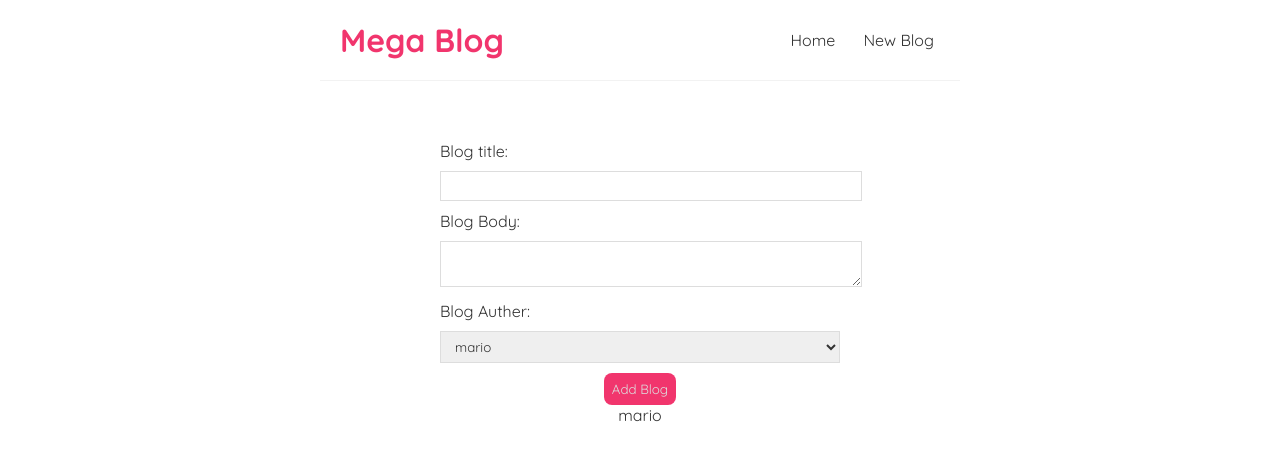
Repository: Amr-Hendawy/blog
Page: /create
An editor plug-in stored every save of this project. The page is shown before and after a run of saves, followed by the edit.
The browser window is 1280 px wide. The pictures show the whole page.
The project was rebuilt for these pictures with package versions that can differ from the ones it lists, and the page was loaded fresh each time. A package was used in the major version that the imports need, not the one package.json lists. Also part of the build but not shown: src/Components/BlogList/BlogList.js, src/Components/Home/Home.css, src/Components/useFetch/useFetch.js, src/Components/Home/Home.js, src/Components/BlogDetails/BlogDetails.js.

Above is the page before, as saved 2022-11-10 16:05:06.

### src/index.css
@import url("https://fonts.googleapis.com/css2?family=Quicksand:wght@300;400;500;600;700&display=swap");
/* base styles */
* {
  margin: 0;
  font-family: "Quicksand";
  color: #333;
}
.navbar {
  padding: 20px;
  display: flex;
  align-items: center;
  max-width: 600px;
  margin: 0 auto;
  border-bottom: 1px solid #f2f2f2;
}
.navbar h1 {
  color: #f1356d;
}
.navbar .links {
  margin-left: auto;
}
.navbar a {
  margin-left: 16px;
  text-decoration: none;
  padding: 6px;
}
.navbar a:hover {
  color: #f1356d;
}
.content {
  max-width: 600px;
  margin: 40px auto;
  padding: 20px;
}
/*blog previews / list*/

.blog-preview {
  padding: 10px 16px;
  margin: 20px 0;
  border-bottom: 1px solid rgba(0, 0, 0, 0.1);
}

.blog-preview:hover {
  box-shadow: 1px 3px 5px rgba(0, 0, 0, 0.1);
}
.blog-preview h2 {
  font-size: 20px;
  color: #f1356d;
  margin-bottom: 8px;
}
.blog-preview a {
  text-decoration: none;
}
.create {
  max-width: 400px;
  margin: 0 auto;
  text-align: center;
}

.create label {
  text-align: left;
  display: block;
}

.create h2 {
  font-size: 20px;
  color: #f1356d;
  margin-bottom: 30px;
}
.create input,
.create textarea,
.create select {
  width: 100%;
  padding: 6px 10px;
  margin: 10px 0;
  border: 1px solid #ddd;
}
.create button {
  background-color: #f1356d;
  color: #ddd;
  border: 0;
  padding: 8px;
  border-radius: 8px;
  cursor: pointer;
}

### src/App.js
import Home from "./Components/Home/Home";
import { Navbar } from "./Components/Navbar/Navbar";
import { BrowserRouter as Router, Route, Switch } from "react-router-dom";
import Create from "./Components/Create/Create";
import BlogDetails from "./Components/BlogDetails/BlogDetails";
function App() {
  return (
    <Router>
      <div className="App">
        <Navbar />
        <div className="content">
          <Switch>
            <Route exact path="/">
              <Home />
            </Route>
            <Route path="/create">
              <Create />
            </Route>
            <Route path="/blogs/:id">
              <BlogDetails />
            </Route>
          </Switch>
        </div>
      </div>
    </Router>
  );
}

export default App;

### src/Components/Navbar/Navbar.js
import React from "react";
import { Link } from "react-router-dom";
export const Navbar = () => {
  return (
    <div className="navbar">
      <h1>Mega Blog</h1>
      <div className="links">
        <Link to="/">Home</Link>
        <Link to="/create">New Blog</Link>
      </div>
    </div>
  );
};

### src/Components/Create/Create.js
import { useState } from "react";

const Create = () => {
  const [title, setTitle] = useState("");
  const [body, setBody] = useState("");
  const [author, setAuthor] = useState("mario");
  const [isPending, setIsPending] = useState(false);
  const handleSumbit = (e) => {
    e.preventDefault();
    const blog = { title, body, author };
    console.log(blog);
    setIsPending(true);

    fetch("https://localhost:8000/blogs", {
      method: "POST",
      headers: { "content-type": "application/json" },
      body: JSON.stringify(blog),
    }).then(() => {
      console.log("new Blog added");
      setIsPending(false);
    });
  };
  return (
    <div className="create">
      <form onSubmit={handleSumbit}>
        <label>Blog title:</label>
        <input
          type="text"
          required
          value={title}
          onChange={(e) => setTitle(e.target.value)}
        />
        {""}
        <label>Blog Body:</label>
        <textarea
          type="text"
          required
          value={body}
          onChange={(e) => setBody(e.target.value)}
        ></textarea>
        {""}
        <label>Blog Auther:</label>
        <select value={author} onChange={(e) => setAuthor(e.target.value)}>
          <option value="amr">amr</option>
          <option value="john">john</option>
          <option value="mario">mario</option>
        </select>
        <button>Add Blog</button>
        <p>{title}</p>
        <p>{body}</p>
        <p>{author}</p>
      </form>
    </div>
  );
};

export default Create;

Loaded but not shown: src/index.js (common file)

After the next 2 saves:
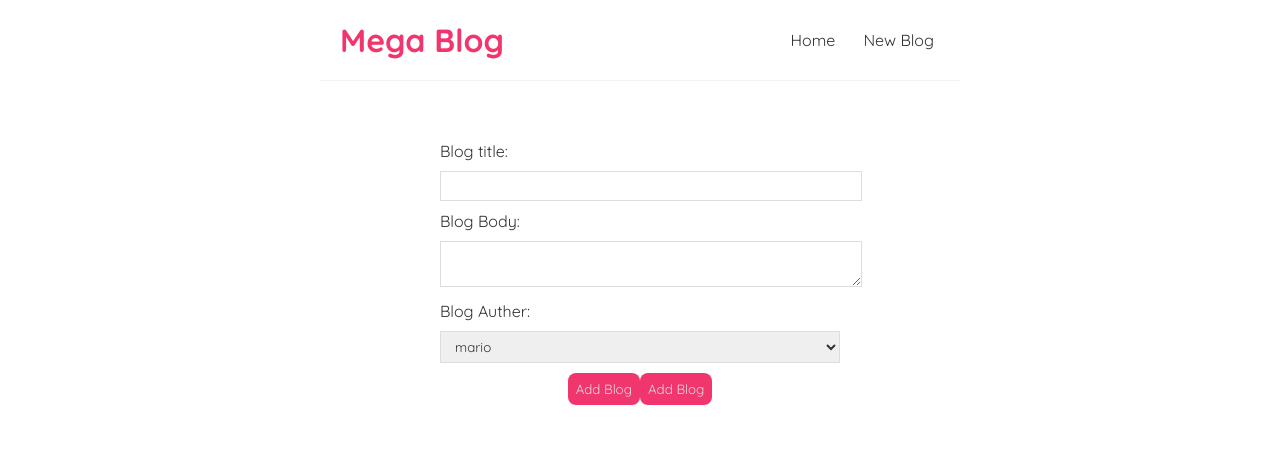
The 2 saves are shown as one change because they came seconds apart.
The last was saved 114 s later.
--- a/src/Components/Create/Create.js
+++ b/src/Components/Create/Create.js
@@ -45,10 +45,8 @@ const Create = () => {
           <option value="john">john</option>
           <option value="mario">mario</option>
         </select>
-        <button>Add Blog</button>
-        <p>{title}</p>
-        <p>{body}</p>
-        <p>{author}</p>
+        {<button>Add Blog</button>}
+        {<button>Add Blog</button>}
       </form>
     </div>
   );
